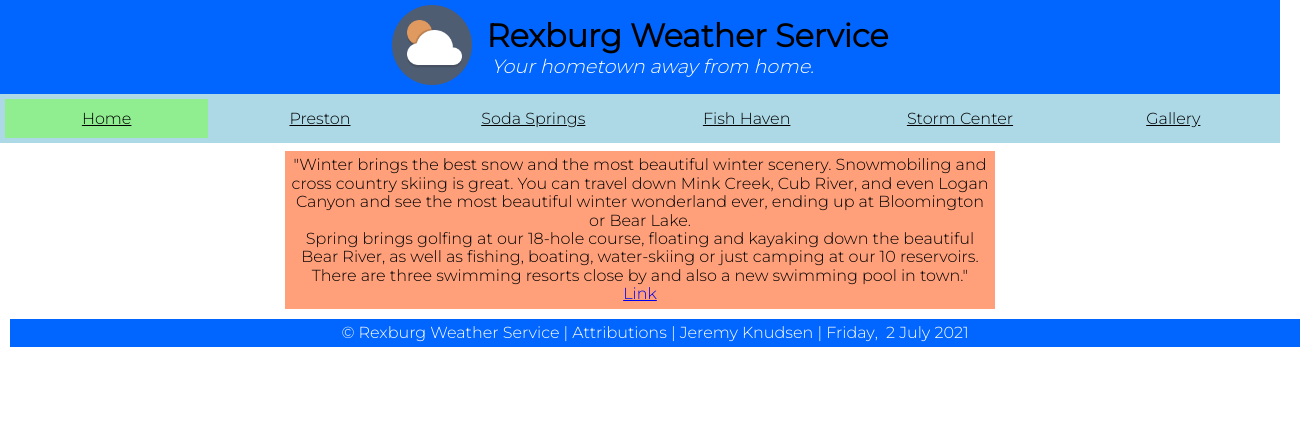
Repository: jknudsen97/jknudsen97.github.io
Page: lesson11/index.html
These files come from the project's save history. The page is drawn as it stood at one moment and after the next save; the edit follows.
The browser window is 1280 px wide. The page is 1300 px wide, so the pictures cover 1300 px, including what lies to the right of the window. The pictures show the whole page.
The page's requests for data from a server got no answer.

Above is the page before, as saved 2021-07-03 22:47:58.
Console error: TypeError: Cannot read properties of null (reading 'style')

After the next save:
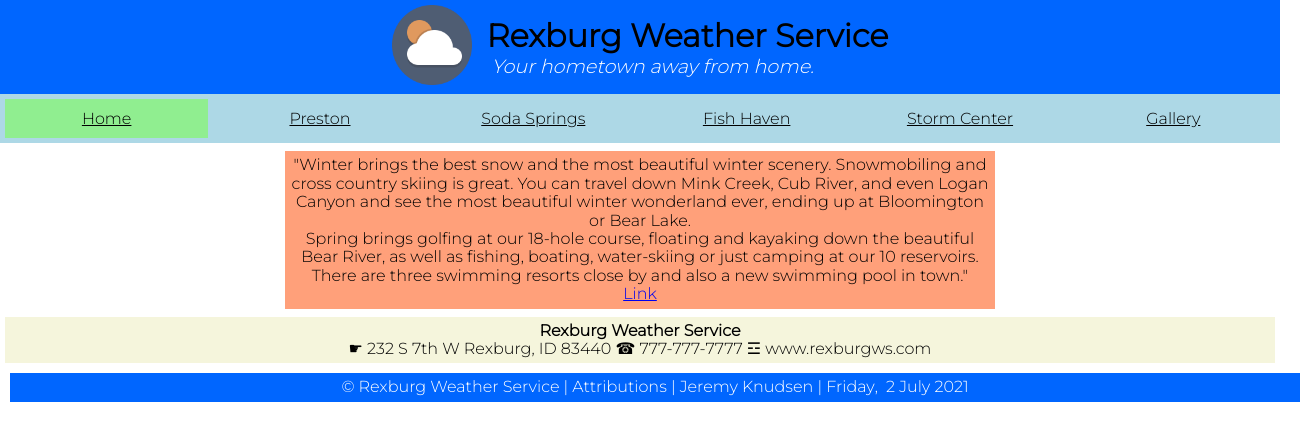
Saved 27 s later.
--- a/lesson11/index.html
+++ b/lesson11/index.html
@@ -61,6 +61,13 @@
             </div>
             <a href="https://www.prestonidaho.net/discover-the-natural-beauty-resorces-of-citys-outdoors/">Link</a>
         </div>
+        <div class="contact">
+            <p class="contact-info"><b>Rexburg Weather Service</b>
+            &#9755;	232 S 7th W
+            Rexburg, ID 83440
+            &#9742; 777-777-7777
+            &#9778; www.rexburgws.com</p>
+        </div>
     </main>
     <footer>
         <div>&copy; Rexburg Weather Service | Attributions | Jeremy Knudsen |&nbsp;</div>
